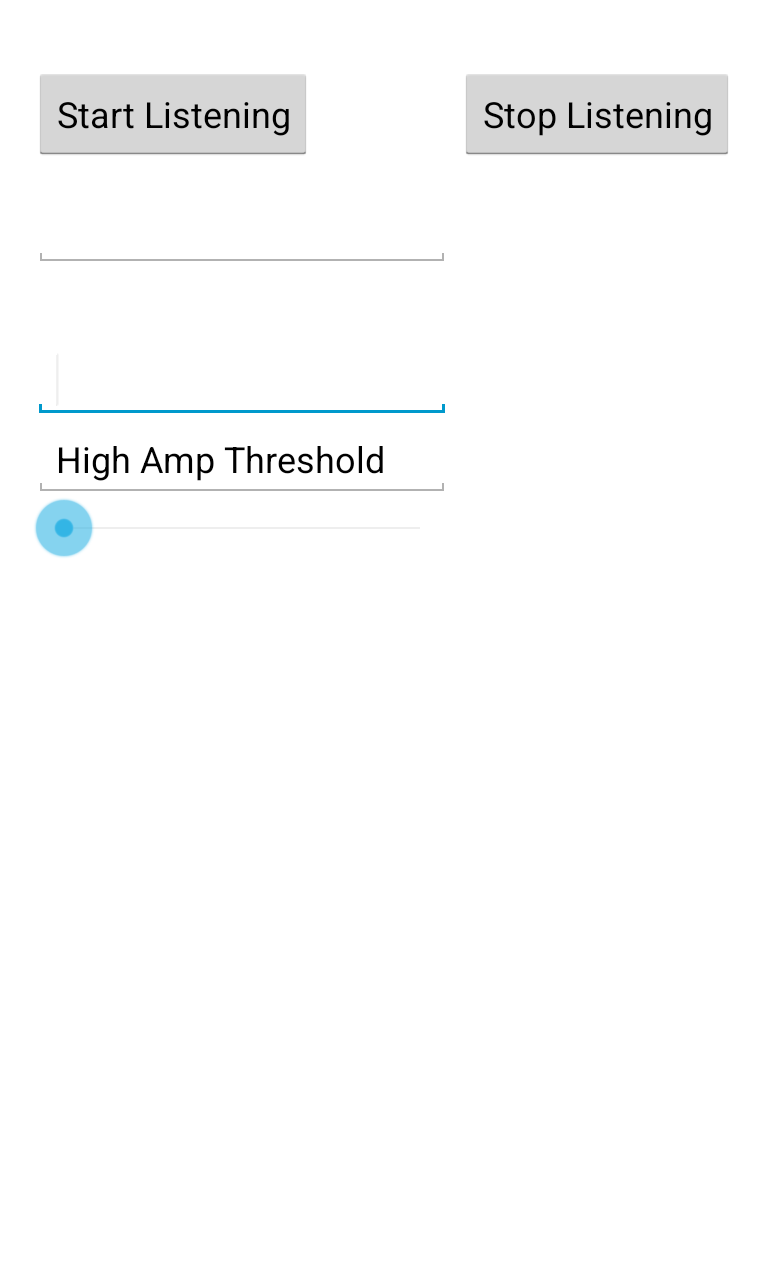
Repository: kmcgain/AutoVolume
Layout: AutoVolume/res/layout/activity_main.xml
The author's editor kept a copy of each file at every save. The layout is drawn from the files as they stood at one save, then again after the next save.
It is drawn on a 768 x 1280 px phone screen (xhdpi) without system bars, with theme AppTheme; the app's code is not run.

Above is the layout before, as saved 2014-01-13 10:09:58.

### AutoVolume/res/layout/activity_main.xml
<RelativeLayout xmlns:android="http://schemas.android.com/apk/res/android"
    xmlns:tools="http://schemas.android.com/tools"
    android:layout_width="match_parent"
    android:layout_height="match_parent"
    android:paddingBottom="@dimen/activity_vertical_margin"
    android:paddingLeft="@dimen/activity_horizontal_margin"
    android:paddingRight="@dimen/activity_horizontal_margin"
    android:paddingTop="@dimen/activity_vertical_margin"
    tools:context=".MainActivity" >

    <Button
        android:id="@+id/button3"
        android:layout_width="wrap_content"
        android:layout_height="wrap_content"
        android:layout_marginTop="17dp"
        android:onClick="startListening_Click"
        android:text="Start Listening" />

    <Button
        android:id="@+id/button4"
        android:layout_width="wrap_content"
        android:layout_height="wrap_content"
        android:layout_alignBaseline="@+id/button3"
        android:layout_alignBottom="@+id/button3"
        android:layout_alignParentRight="true"
        android:onClick="stopListening_Click"
        android:text="Stop Listening" />

    <!--
   <LinearLayout android:orientation="vertical"
   android:layout_width="fill_parent"
   android:layout_height="250dip"
   android:id="@+id/graph1"
   android:layout_marginTop="150dp"/>
    -->

    <EditText
        android:id="@+id/ampDisplay"
        android:layout_width="wrap_content"
        android:layout_height="wrap_content"
        android:layout_alignLeft="@+id/button3"
        android:layout_below="@+id/button3"
        android:layout_marginTop="14dp"
        android:ems="10" />

    <EditText
        android:id="@+id/statusEditText"
        android:layout_width="wrap_content"
        android:layout_height="wrap_content"
        android:layout_alignLeft="@+id/ampDisplay"
        android:layout_below="@+id/ampDisplay"
        android:layout_marginTop="36dp"
        android:ems="10" >

        <requestFocus />
    </EditText>

    <SeekBar
        android:id="@+id/seekBar1"
        android:layout_width="match_parent"
        android:layout_height="wrap_content"
        android:layout_alignRight="@+id/statusEditText"
        android:layout_below="@+id/statusEditText"
        android:layout_marginTop="38dp" />

    <EditText
        android:id="@+id/editText1"
        android:layout_width="wrap_content"
        android:layout_height="wrap_content"
        android:layout_alignLeft="@+id/statusEditText"
        android:layout_below="@+id/statusEditText"
        android:ems="10"
        android:text="High Amp Threshold" />

</RelativeLayout>

Loaded but not shown: AutoVolume/res/values/styles.xml (common file); AutoVolume/res/values-v11/styles.xml (common file); AutoVolume/res/values-v14/styles.xml (common file); AutoVolume/res/values/dimens.xml (common file)

After the next save:
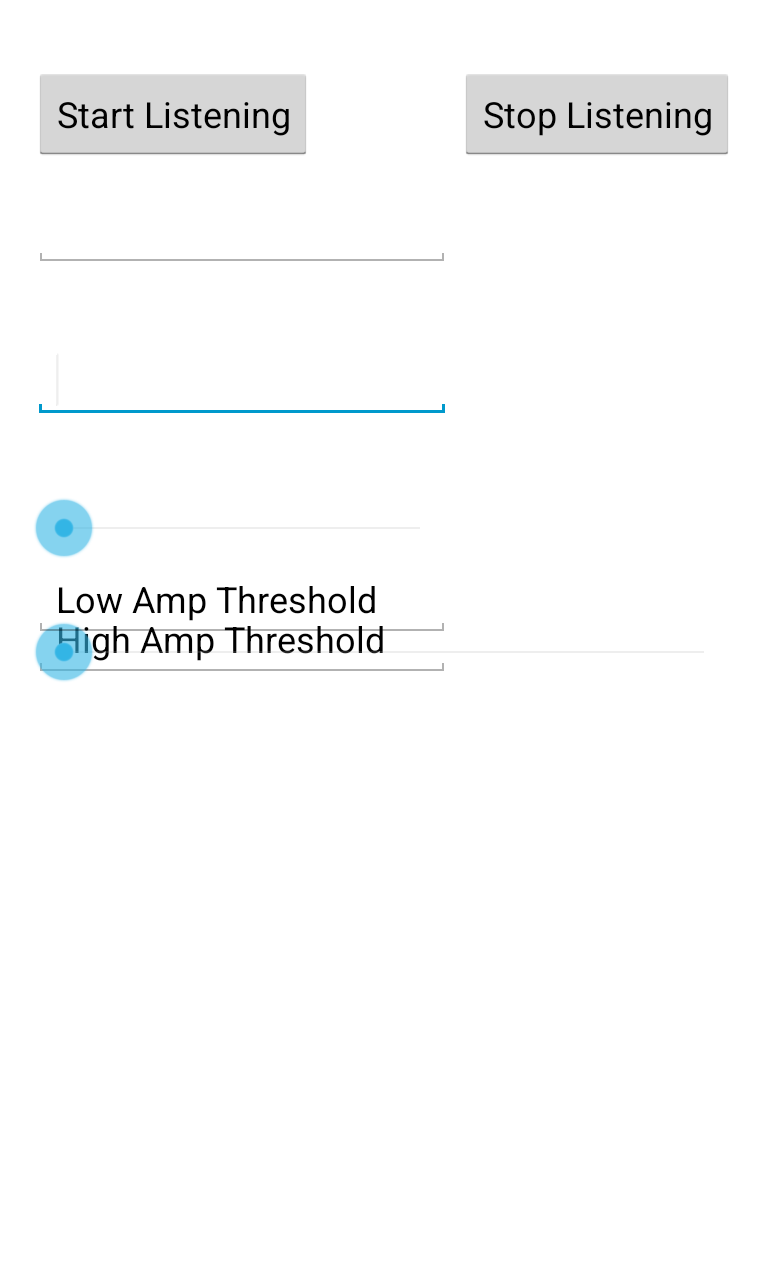
Saved 30 s later.
--- a/AutoVolume/res/layout/activity_main.xml
+++ b/AutoVolume/res/layout/activity_main.xml
@@ -32,6 +32,7 @@
    android:layout_height="250dip"
    android:id="@+id/graph1"
    android:layout_marginTop="150dp"/>
+
     -->
 
     <EditText
@@ -67,9 +68,26 @@
         android:id="@+id/editText1"
         android:layout_width="wrap_content"
         android:layout_height="wrap_content"
-        android:layout_alignLeft="@+id/statusEditText"
-        android:layout_below="@+id/statusEditText"
+        android:layout_alignLeft="@+id/seekBar1"
+        android:layout_centerVertical="true"
         android:ems="10"
         android:text="High Amp Threshold" />
 
+    <SeekBar
+        android:id="@+id/SeekBar01"
+        android:layout_width="match_parent"
+        android:layout_height="wrap_content"
+        android:layout_alignLeft="@+id/EditText01"
+        android:layout_below="@+id/seekBar1"
+        android:layout_marginTop="30dp" />
+
+    <EditText
+        android:id="@+id/EditText01"
+        android:layout_width="wrap_content"
+        android:layout_height="wrap_content"
+        android:layout_alignLeft="@+id/seekBar1"
+        android:layout_below="@+id/seekBar1"
+        android:ems="10"
+        android:text="Low Amp Threshold" />
+
 </RelativeLayout>
